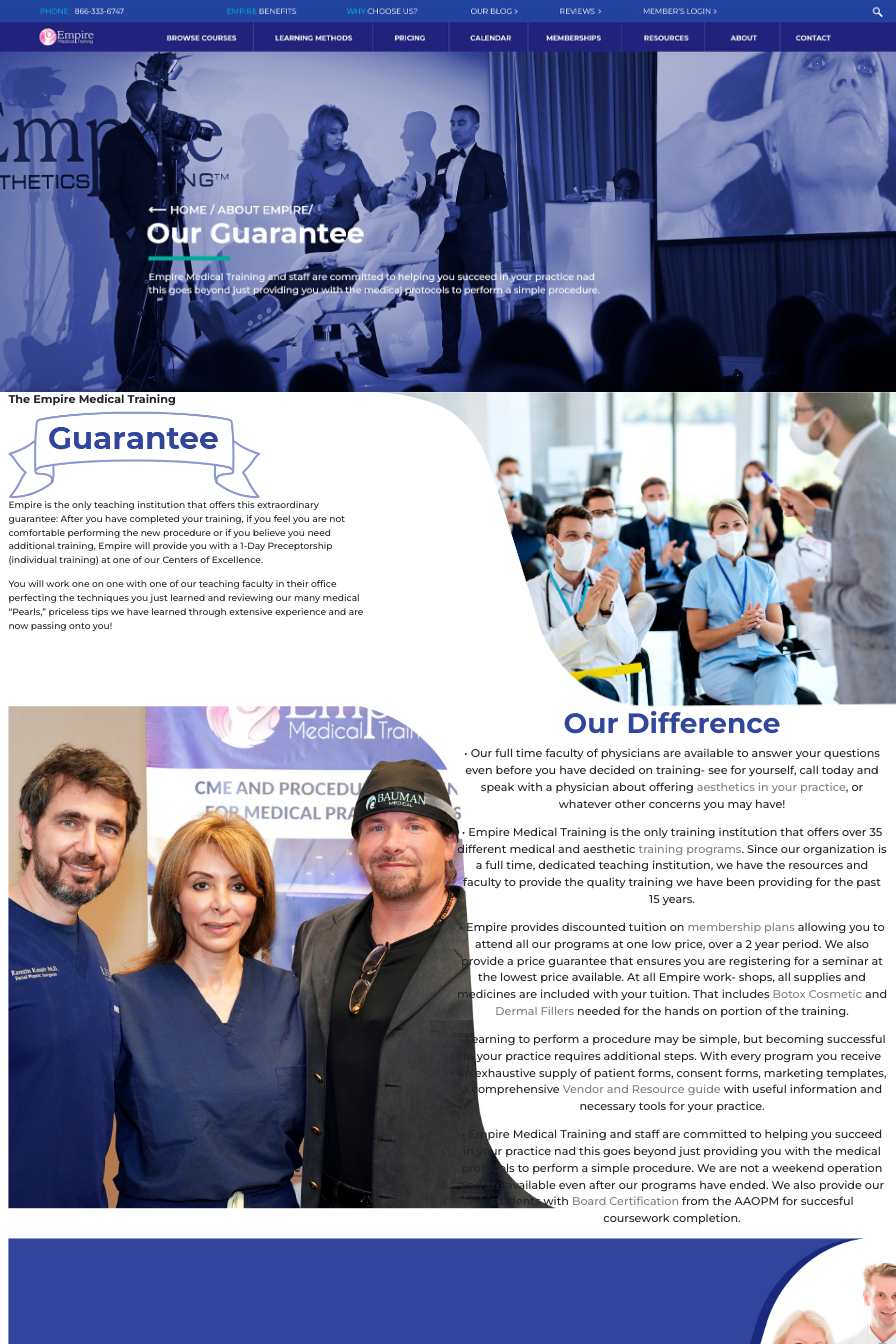
Repository: jorgi710/BODY-CONTOURING-INJECTABLES-AND-ADJUNCT-PROCEDURES
Page: our quarantee/file/src/index.html
These files come from the project's save history. The page is drawn as it stood at one moment and after the next save; the edit follows.
The browser window is 1280 px wide. The pictures show the part of the page from y = 0 to 1920 px (the page is 6335 px tall), at 70% of full size.

Above is the page before, as saved 2021-04-06 05:45:57.

After the next save:
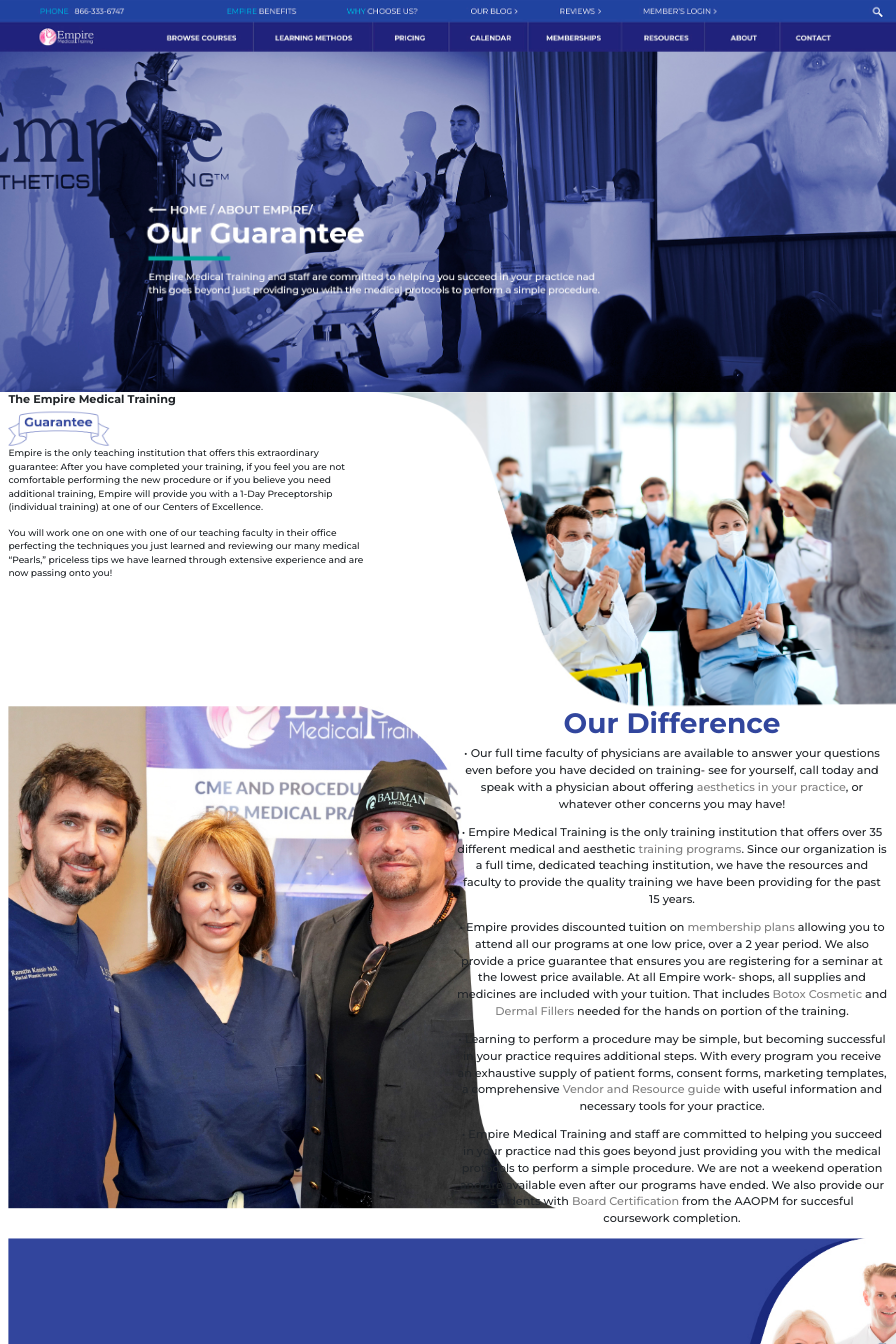
Saved 6 s later.
--- a/our quarantee/file/css/style.css
+++ b/our quarantee/file/css/style.css
@@ -47,7 +47,7 @@
   font-size: medium;
 }
 .section_1 .row .col-md-5 img {
-  width: 50vh;
+  width: 20vh;
 }
 .section_1 .row .col-sm-5 h1 {
   position: center;
